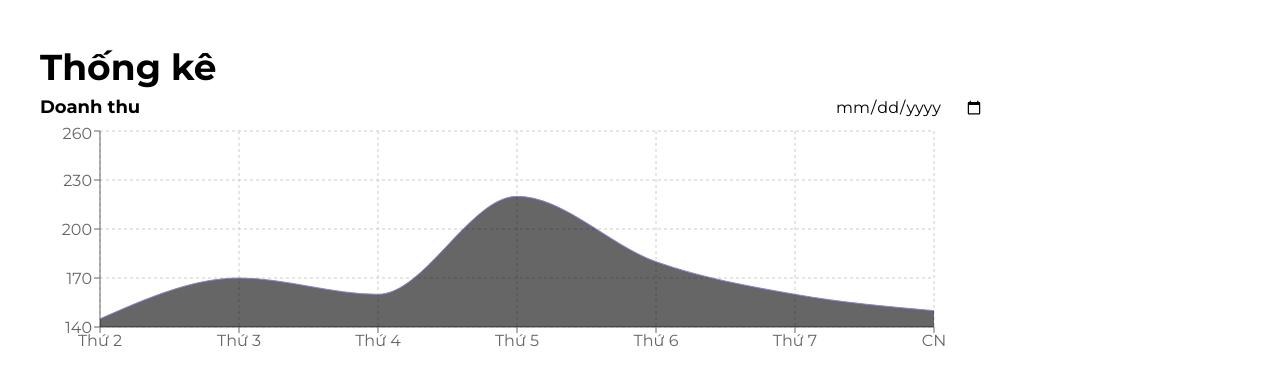
Repository: iphoneboy46/AltaMediaCMS
Page: /
These files come from the project's save history. The page is drawn as it stood at one moment and after the next save; the edit follows.
The browser window is 1280 px wide. The pictures show the whole page.
Some web libraries are served in a nearby version. The project was rebuilt for these pictures with package versions that can differ from the ones it lists, and the page was loaded fresh each time.

Above is the page before, as saved 2023-03-26 22:25:52.

After the next save:
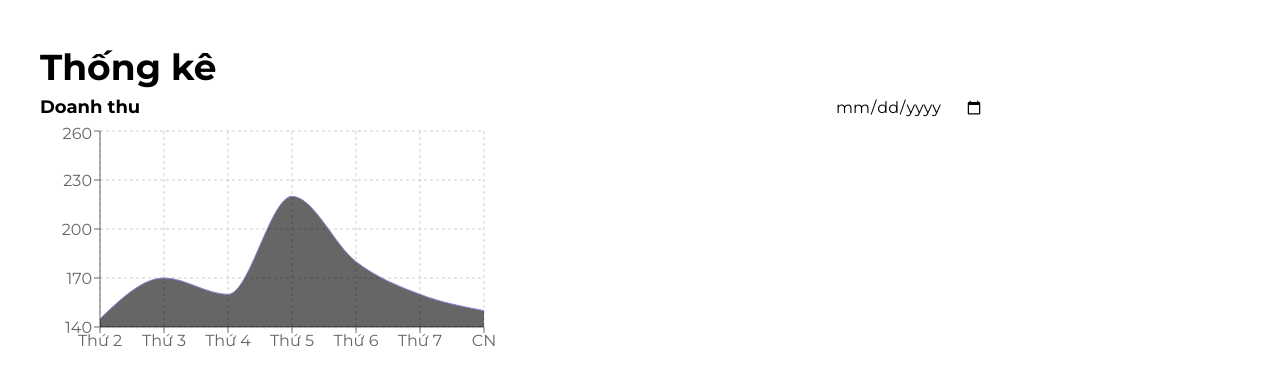
Saved 6 s later.
--- a/src/components/Charts/Charts.tsx
+++ b/src/components/Charts/Charts.tsx
@@ -58,7 +58,7 @@ function Charts() {
           data={data}
           margin={{
             top: 10,
-            right: 50,
+            right: 500,
             left: 0,
             bottom: 0,
           }}
